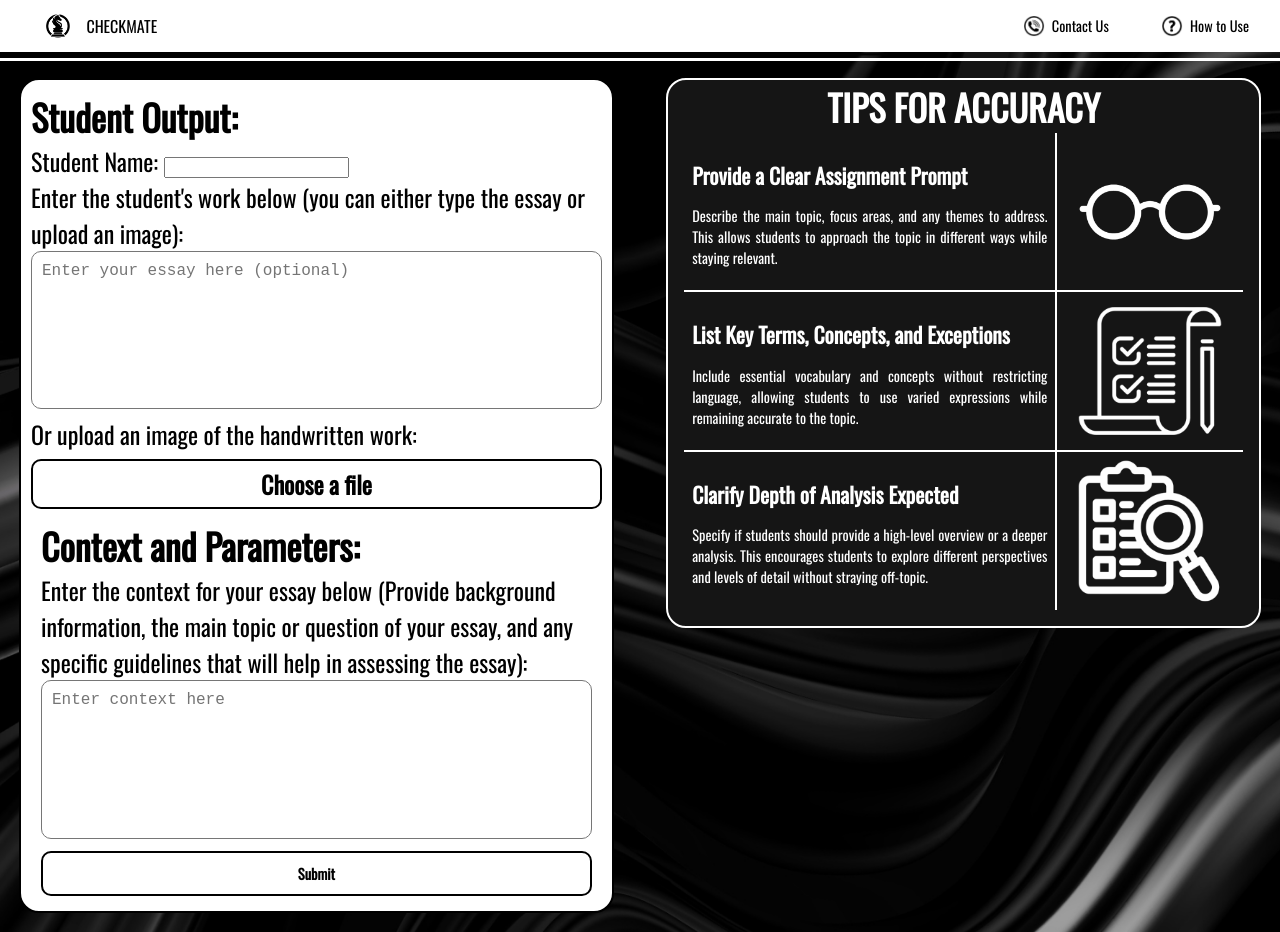
Repository: iiTzXyZ11/CheckMateAI
Page: http://localhost/scan
These files come from the project's save history. The page is drawn as it stood at one moment and after the next save; the edit follows.
The browser window is 1280 px wide. The pictures show the whole page.
The page is served by the project's application, run on Flask 3 (app.py).

Above is the page before, as saved 2025-01-30 22:57:42.

After the next save:
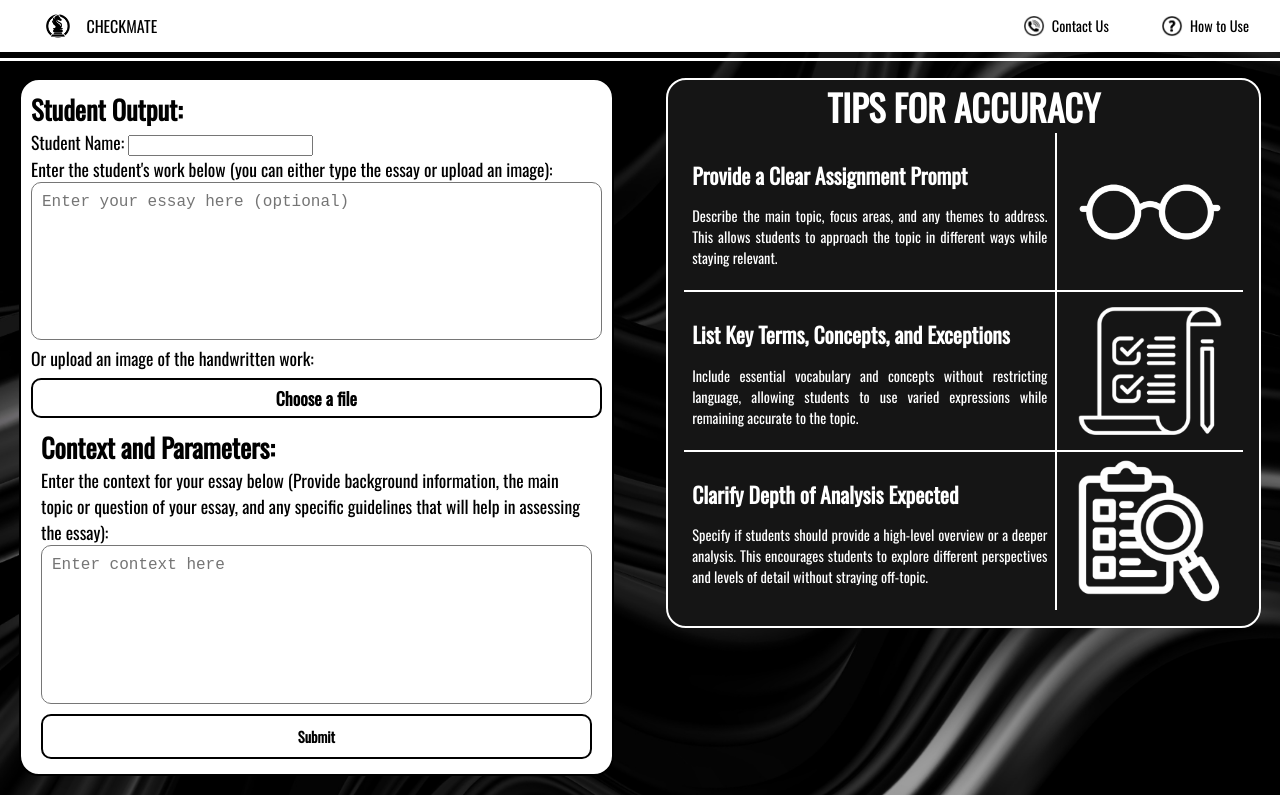
Saved 4 s later.
--- a/static/css/test_style.css
+++ b/static/css/test_style.css
@@ -15,7 +15,7 @@
     }
 
     .box, .box1{
-        font-size: clamp(1.5rem,2vh,1.5rem);
+        font-size: clamp(1.1rem,2vh,1.5rem);
     }
 
     .tips-container h1{
